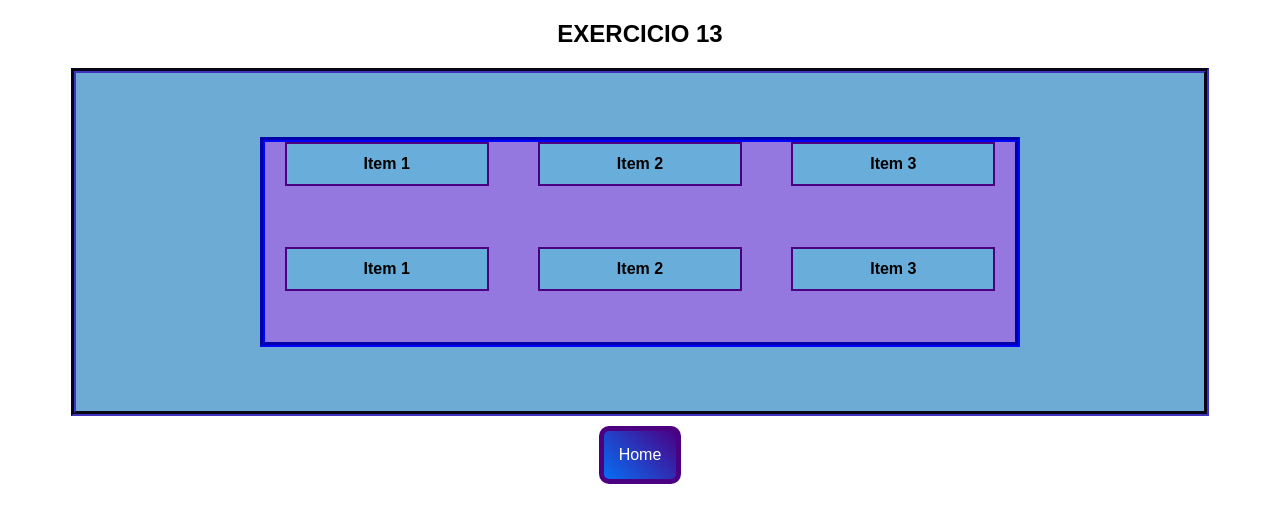
Repository: Elianmrey/TP1-Mobile-First
Page: EXERCISES/EX_13/index.html
These files come from the project's save history. The page is drawn as it stood at one moment and after a run of saves; the edit follows.
The browser window is 1280 px wide. The pictures show the whole page.

Above is the page before, as saved 2024-08-05 16:36:10.

After the next 2 saves:
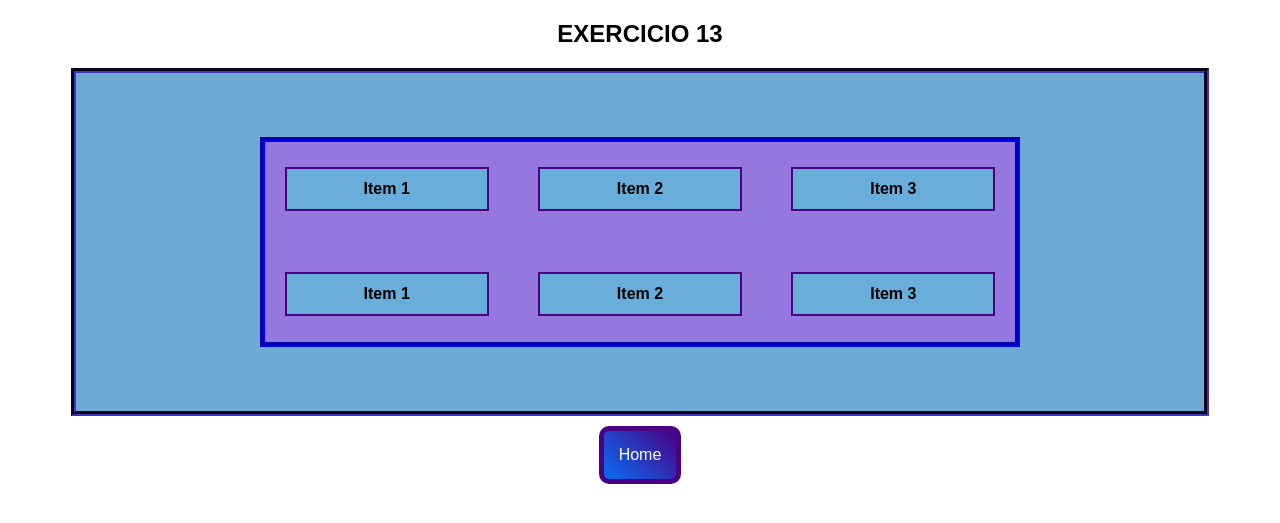
The 2 saves are shown as one change because they came seconds apart.
The last was saved 10 s later.
--- a/EXERCISES/EX_13/style.css
+++ b/EXERCISES/EX_13/style.css
@@ -33,7 +33,7 @@ align-items:center;
   width: 750px;
   height: 200px;
   justify-content: space-around;
-  align-items:baseline;
+  align-items: center;
   background-color: rgb(148, 120, 224);
 }
  .item
